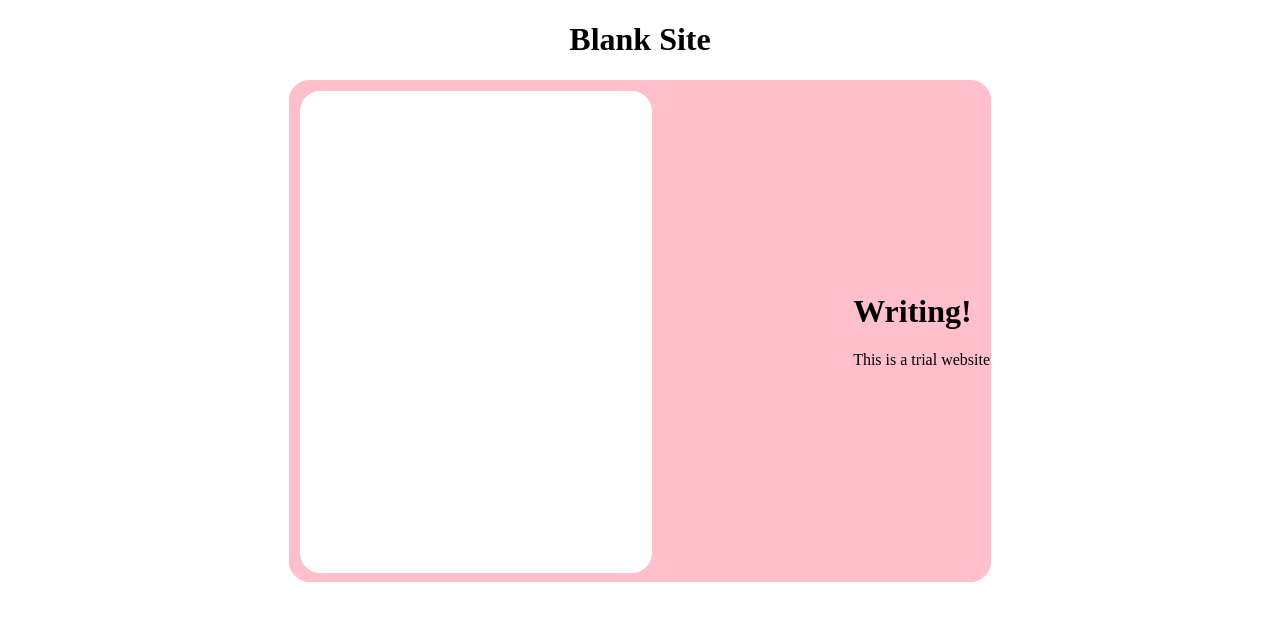
Repository: yhung004/Blank_Project
Page: index.html
These files come from the project's save history. The page is drawn as it stood at one moment and after the next save; the edit follows.
The browser window is 1280 px wide. The pictures show the whole page.

Above is the page before, as saved 2024-04-04 02:43:54.

### index.html
<!DOCTYPE html>
<html lang="en">
<head>
    <meta charset="UTF-8">
    <meta name="viewport" content="width=device-width, initial-scale=1.0">
    <title>Blank_Project</title>
    <link rel="stylesheet" href="index.css">
</head>
<body>
    <h1 class="header1">Blank Site</h1>
    <div class="main">
        <div class="container"></div>
        <div class="words">
            <h1 class="heading2">Writing!</h1>
            <p class="subwriting">This is a trial website</p>
        </div>

    </div>

</body>
</html>

### index.css
.header1 {
    text-align: center;
}
.main {
    background-color: pink;
    width: 700px;
    height: 500px;
    margin:auto;
    border: 1px solid pink;
    border-radius: 20px;
}
.container {
    margin:10px;
    background-color:white;
    width:350px;
    height: 480px;
    border :1px solid white;
    border-radius: 20px;
    display: flexbox;
}
.words {
    display:inline;
    float:right;
}
.heading2 {
    margin-top: -290px;
}

After the next save:
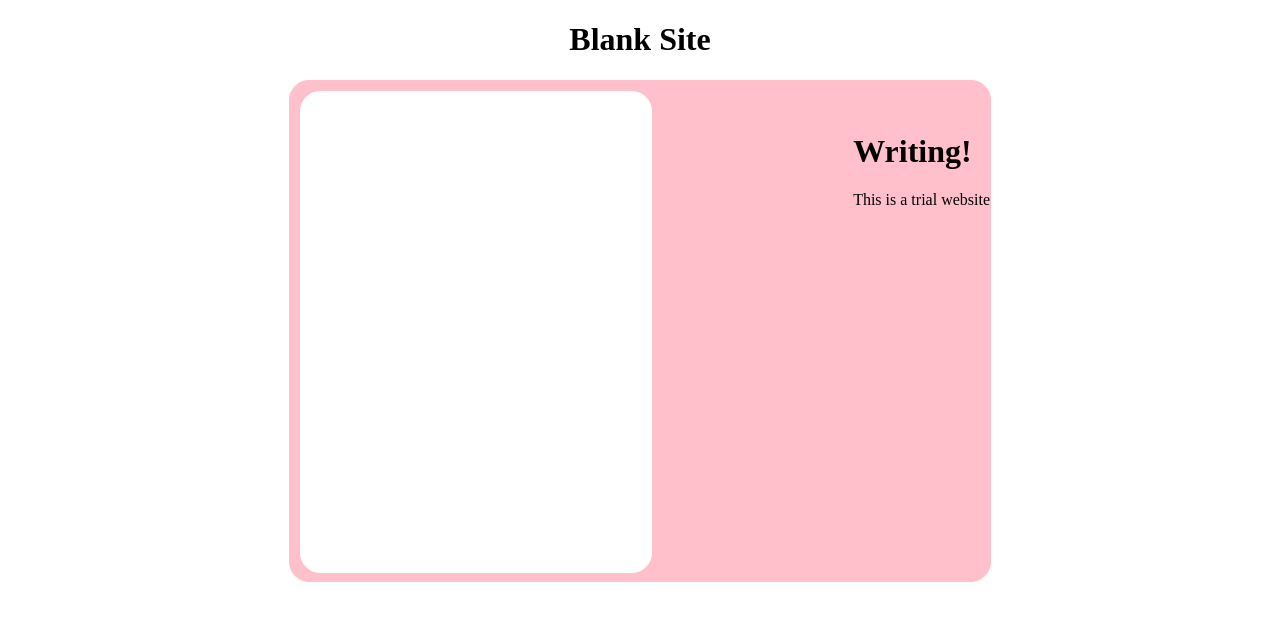
Saved 10 s later.
--- a/index.css
+++ b/index.css
@@ -23,5 +23,5 @@
     float:right;
 }
 .heading2 {
-    margin-top: -290px;
+    margin-top: -450px;
 }
